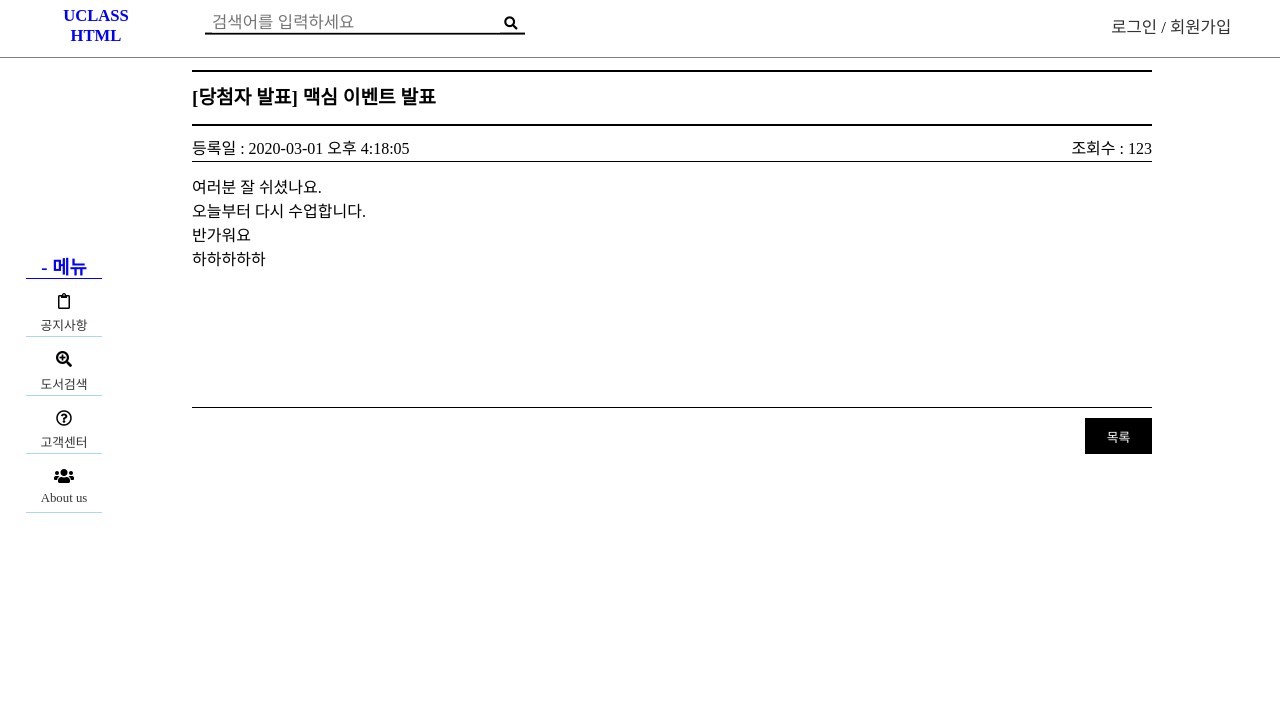
Repository: madhandz5/MyJavaPractice
Page: http://localhost/servletBM/WEB-INF/views/board/boardView.jsp
An editor plug-in stored every save of this project. The page is shown before and after a run of saves, followed by the edit.
The browser window is 1280 px wide. The pictures show the whole page.
The page is served by Tomcat 9. Nobody is signed in. Other server files are loaded and not shown. The template is opened directly, without the code that normally fills it, so the values that code supplies are empty.

Above is the page before, as saved 2020-04-22 12:44:56.

### JS_HTML/servletBM/WebContent/WEB-INF/views/board/boardView.jsp
<%@ page language="java" contentType="text/html; charset=UTF-8"
	pageEncoding="UTF-8"%>
<%@ taglib prefix="c" uri="http://java.sun.com/jsp/jstl/core"%>

<!DOCTYPE html>
<html>
<head>
<meta charset="UTF-8">
<link rel="stylesheet" href="resources/css/common.css" />
<link rel="stylesheet" href="resources/css/icon/all.css" />
<link rel="stylesheet" media="screen and (min-width: 1100px)"
	href="resources/css/Web.css" />
<title>Document</title>
<%@ include file="../include/header.jsp"%>
</head>
<body>
	<%@include file="../include/top.jsp"%>
	<%@include file="../include/floatDiv.jsp"%>
	<div class="content">
		<div class="notice">
			<h2>
				<span>*공지사항</span>
			</h2>
		</div>

		<div class="notice-detail">
			<div class="notice-title">
				<h4 class="reset">[당첨자 발표] 맥심 이벤트 발표</h4>
			</div>
			<div class="info">
				<span>등록일 : 2020-03-01 오후 4:18:05</span> <span class="more">
					조회수 : 123 </span>
			</div>
			<div class="text">
				여러분 잘 쉬셨나요.<br /> 오늘부터 다시 수업합니다.<br /> 반가워요 <br /> 하하하하하<br />
			</div>
			<div class="section-button">
				<a href="#!"><span>목록</span></a>
			</div>
		</div>
	</div>
</body>
</html>

### JS_HTML/servletBM/WebContent/WEB-INF/views/include/header.jsp
<%@ page language="java" contentType="text/html; charset=UTF-8"
	pageEncoding="UTF-8"%>
<%@ taglib prefix="c" uri="http://java.sun.com/jsp/jstl/core"%>

<!DOCTYPE html PUBLIC "-//W3C//DTD HTML 4.01 Transitional//EN" "http://www.w3.org/TR/html4/loose.dtd">
<html>
<head>
<meta charset="UTF-8">
<!--viewport: 모바일브라우저에서 사용하는 가상의 window
  	데스크탑의 사이트를 모바일에 표시하려고 하면 좁은 모바일 화면에 사이트를 표시하려다 보니
  	요소들의 크기가 작아져 사용자가 사용하기 불편해진다. 확대해서 보든가 해야함...
  	이때 viewport메타태그를 이용하면 너비나 배율을 조정할 수 있다.
  	width: 넓이
  	initial-scale : 배율
  	웹환경에서는 무시되는 태그이다.
    -->
<meta name="viewport" content="width=device-width, initial-scale=2.0">
<link rel="stylesheet" href="/servletBM/resources/css/common.css" />
<!--
		orientation:portrait //단말기 세로방향
		orientation:landscape //단말기 가로방향

		min-aspect-ratio : 최소 화면 비율
		max-aspect-ratio : 최대 화면 비율

		브라우저화면상에서는 깨져서 나옴 ㅠㅠ 하지마셈
	 -->
<link rel="stylesheet" media="screen and (min-aspect-ratio:4/3) "
	href="/servletBM/resources/css/web.css" />
<link rel="stylesheet" media="screen and (max-aspect-ratio:4/3)"
	href="/servletBM/resources/css/Mob.css" />
<link rel="stylesheet" href="/servletBM/resources/css/icon/all.css" />

### JS_HTML/servletBM/WebContent/WEB-INF/views/include/top.jsp
<%@ page language="java" contentType="text/html; charset=UTF-8"
	pageEncoding="UTF-8"%>
<%@ taglib prefix="c" uri="http://java.sun.com/jsp/jstl/core"%>

<!DOCTYPE html PUBLIC "-//W3C//DTD HTML 4.01 Transitional//EN" "http://www.w3.org/TR/html4/loose.dtd">
<html>
<head>
<meta http-equiv="Content-Type" content="text/html; charset=UTF-8">
<title>Insert title here</title>
</head>
<body>
	<header class="topWrapper">
	<div class="top">
		<div class="topLogo">
			<b>UCLASS <br>HTML
			</b>
		</div>

		<div class="topSearchBar">
			<form action="<%=request.getContextPath()%>/book/booksearch.do">
				<input Type="text" name="searchBook" placeholder="검색어를 입력하세요">
				<button value="" class="">
					<i class="fas fa-search" style="color: black"></i>
				</button>
			</form>
		</div>

		<c:if test="${sessionScope.loginInfo == null }">
			<div class="topLogin">
				<a href="/servletBM/member/login.do">로그인</a> / <a
					href="/servletBM/member/join.do">회원가입</a>
			</div>
		</c:if>
		<c:if test="${sessionScope.loginInfo != null }">
			<div class="topLogin">
				<a href="/servletBM/mypage/mypage.do">${sessionScope.loginInfo.m_id }님
					환영합니다. MyPage</a> / <a href="/servletBM/member/logoutimple.do">Logout</a>
			</div>
		</c:if>
	</div>
	</header>
</body>
</html>

### JS_HTML/servletBM/WebContent/WEB-INF/views/include/floatDiv.jsp
<%@ page language="java" contentType="text/html; charset=UTF-8"
	pageEncoding="UTF-8"%>
<%@ taglib prefix="c" uri="http://java.sun.com/jsp/jstl/core"%>

<!DOCTYPE html PUBLIC "-//W3C//DTD HTML 4.01 Transitional//EN" "http://www.w3.org/TR/html4/loose.dtd">
<html>
<head>
<meta http-equiv="Content-Type" content="text/html; charset=UTF-8">
<title>Insert title here</title>
</head>
<body>
	<aside class="floatdivWrapper">
	<div class="floatdiv">
		<!-- lnb -->
		<h3 class="subject">
			<span> - 메뉴</span>
		</h3>
		<ul class="fdlist">
			<!-- d1 -->
			<li class="d1"><i class="far fa-clipboard"></i> <a
				href="/servletBM/notice/noticelist.do"><span>공지사항</span></a></li>
			<li class="d1"><i class="fas fa-search-plus"></i> <a href="#!"><span>도서검색</span></a>
			</li>
			<li class="d1"><i class="far fa-question-circle"></i> <a
				href="#!"><span>고객센터</span></a></li>
			<li class="d1"><i class="fas fa-users"></i> <a href="#!"><span>About
						us</span></a></li>
		</ul>
		<!-- // d1 -->
	</div>
	</aside>

### JS_HTML/servletBM/WebContent/resources/css/common.css
	html,body{
		margin:0%;
		padding:0;
		height:100%;
	}

	h1, h2, h3, h4, h5, h6, dl, dt, dd, ul, li, ol, th, td, p, blockquote,form,fieldset, legend, input
	{
   		margin: 0;
    	padding: 0;
		border:none;
	}


	/* reset */
	body,div,dl,dt,dd,ul,ol,li,h1,h2,h3,h4,h5,h6,pre,code,form,fieldset
	,legend,textarea,p,blockquote,th,td,input,select,textarea,button,nav,section,footer,aside
	{margin:0;padding:0; position:relative;}
	fieldset,img {border:0 none}
	dl,ul,ol,menu,li {list-style:none}
	blockquote, q {quotes: none}
	blockquote:before, blockquote:after,q:before, q:after {content:'';content:none}
	input,select,textarea,button {vertical-align:middle}
	button {border:0 none;background-color:transparent;cursor:pointer; outline: 0; }
	a {color:#333;text-decoration:none;}
	a:active, a:hover {text-decoration:none;}
	address,caption,cite,code,dfn,em,var {font-style:normal;font-weight:normal}

	form{width:100%; height:100%;}

	div{
		color: black;
		text-align: center;
		box-sizing: border-box;
	/* 	box-shadow:
			1px 0 0 0 grey,
			0 1px 0 0 grey,
			1px 1px 0 0 grey,
			1px 0 0 0 grey inset,
			0 1px 0 0 grey inset;	  */
	}

	.topWrapper{
		top:0%;
		height:8%;
		width:100%;
		position:fixed;
		z-index:999;
	}

	.top{
		position:absolute;
		top:0%;
		width:100%;
		height: 100%;
		overflow: hidden;
		z-index:1;
		background-color: white;
		font-size:1.3vw;
		margin-right: 1%;
		border-bottom:1px solid grey;
	}

	.top .topLogo{
		top:10%;
		width: 15%;
		height:100%;
		float:left;
		color:blue;
	}

	.top .topSearchBar{
		width: 25%;
		float:left;
		transform: translateY(50%);
		margin-left:1%;
		border-bottom:2px solid;
		min-width:100px;
	}

	.topSearchBar input[type=text]{
		width: 90%;
		height:90%;
		font-size:1.3vw;
	}

	.top .topLogin{
		float: right;
		width: 15%;
		height:50%;
		margin-right:1%;
		transform: translateY(50%);
	}

	.top .topLogOut{
		float: right;
		width: 22%;
		height:50%;
		margin-right:1%;
		transform: translateY(50%);
	}

### JS_HTML/servletBM/WebContent/resources/css/web.css
	.content{
		height:100%;
		width:100%;
	}

	.floatdivWrapper{
		position:fixed;
		width:6%;
		padding-top:20%;
		left:2%; /* 창에서 오른쪽 길이 */
		top:35%; /* 창에서 위에서 부터의 길이 */
		z-index:999;

	}

	.floatdiv{
		position:absolute;
		width:100%;
		height:100%;
		background-color:white;
		top:0%;
	}

	.floatdiv h3{
		width:100%;
		height:10%;
		color:blue;
		border-bottom:1px solid blue;
	}

	.floatdiv ul{
		width:100%;
		height:90%;
		padding:0%;
	}

	.floatdiv .d1{
		width:100%;
		height:25%;
		border-bottom:1px solid lightblue;
	}

	.d1 i{
		display:block;
		transform:translateY(40%);
		height:60%;
	}

	.d1 a{
		display:block;
		transform:translateY(10%);
		height:30%;
		font-size:1vw;

	}

	.floatdiv li:hover {
		background-color:lightblue;
	}

	.middle{
		width : 100%;
		top:8%;
		padding-top:40%;
		background-image : url('../image/mainBanner.jpg');
		background-repeat: no-repeat;
		background-size: cover;
	}

	.siteTitleWrapper{
		position:absolute;
		width:60%;
		padding-top:25%;
		float:left;
		left: 20%;
		top:20%;
	}

	.sitetitle{
		height:30%;
		font-size : 5vw;
		transform: translateY(100%);
	}

	.siteTitle{
		position:absolute;
		width:100%;
		height:100%;
		background-color: rgba( 255, 255, 255, 0.5);
		float:left;
		top:0%;
	}

	.search{
		width:100%;
		height:12%;
		transform: translateY(300%);
		background-color:white ;
		overflow:hidden;
	}

	.search input[type=text]{
		float:left;
		height:100%;
		width: 70%;
		font-size:1.5vw;
		margin-left:1%;
		padding:0;

	}

	.searchButton{
		float:left;
		width:20%;
		height:100%;
		font-size:1.5vw;
		background-color:red;
		color:white;
	}

	.searchButton p{
		height:50%;
		transform: translateY(50%);
		font-weight: bold;
	}

	.searchIcon{
		float:left;
		width:5%;
		height:50%;
		transform: translateY(40%);
		font-size:2vw;
		outline: 0;
	}

	.searchIcon i{
		height:50%;
	}

	.planShop{
		position:realtive;
		color: white;
		width: 80%;
		padding-bottom:15%;
		margin:0 auto;
	}

	.planShopMenu{
		position:absolute;
		background-color:lightblue;
		width:100%;
		height:100%;
	}

	.planShopMenu div{
		width: 20%;
		margin-left:2%;
		height: 100%;
		display:inline-block;
		font-size:1.5vw;
	}

	.planShopMenu i{
		font-size:8vw;
		margin-top:15%;
	}

	.product{
		height:auto;
		width:80%;
		top:1%;
		margin:0 auto;
	}

	.productWrapper{
		width:100%;
		padding-top:120%;
	}

	.productBox{
		position:absolute;
		height:100%;
		width:100%;
		top: 0;
		left: 0;
	}

	.issueTitle{
		width : 100%;
		height : 4%;
		background-color:blue;
		font-size:2vw;
		font-weight:bold;
		color:white;
	}

	.productLine{
		overflow: hidden;
		height:19%;
		margin-top:1%;
		margin-bottom:1%;
	}
	.productItem{
		float:left;
		width:17%;
		left:10%;
		height:100%;
		margin-left:3%;
	}

	.bookImg{
		height:80%;
		width:100%;
	}

	.bookImg img{
		max-width:100%;
		min-width:100%;
		max-height:100%;
		min-height:100%;
		box-shadow: 2px 2px 5px black;
	}

	.bookTitle{
		margin-top:4%;
		font-size:1vw;
		font-weight:bold;
		height:20%;
	}

	.bottom{
		background-color: lightgrey;
		color: white;
		height:20%;
	}


	/* Login */

	.wrap{

		width:100%;
		height:100%;
		background-image:url('../image/loginCover.jpg');
		background-size:cover;
	}

	.memberBox{

		padding-top:30%;
		width:30%;
		left:35%;
		top:50%;
		transform:translateY(-50%);
	}

	.login{
		position:absolute;
		top:0%;
		width:100%;
		height:100%;
		font-size:2vw;
		background-color:white;
		border:2px white;
		border-radius:20px;
	}

	.loginText{
	    border-bottom: 2px solid lightgreen;
	    width:70%;
	    margin-bottom:5%;
	    font-size:1.5vw;
	}

	.login p{
		font-weight:bold;
		margin-top:10%;
		margin-bottom:5%;

	}

	.login .btn{

		display:block;
		width:60%;
		height:10%;
		background-color:red;
		border:2px red;
		border-radius:6px;
		transform: translateX(33%);
	}

	.login .checkMsg{

		display:block;
		background-color:red;
		font-size:1vw;
		color:white;

	}

	.login button{
		color:white;
		font-size:1.5vw;
		top:0%;
		left:0%;
	}

	/* board  */

	.Menu{

		overflow: hidden;
		color: white;
		width: 100%;
		padding-bottom:10%;
		margin-top:4%;
	}

	.MenuBox{
		position:absolute;
		background-color:lightblue;
		width:80%;
		height:100%;
		left:12.5%;
	}

	.notice{

		text-align: left;
		width:75%;
		height:10%;
		left:15%;
		border-bottom:2px solid;
	}

	.notice h2{

		top:50%;
		transform:translateY(-50%);
		height:40%;
	}

	.search-box{

		width:75%;
		left:15%;
		height:60%;
	}

	.noticelist{
		width:100%;
		height:90%;
	}

	.noticelist th{
		 font-size: 1.5vw;
		 background-color: grey;
		 color:white;
	}

	.noticelist td{
		  border-bottom: 1px solid lightgrey;
	}

	.paging{
		height:10%;
		font-size:1.5vw;
	}

	.notice-detail{

		text-align: left;
		width:75%;
		height:50%;
		left:15%;
	}

	.notice-title{
		width:100%;
		height:15%;

		text-align: left;
		font-size:1.5vw;
		padding:1% 0 1% 0;
		border-bottom:2px solid;
	}

	.info{
		width:100%;
		height:10%;

		float:left;
		text-align: left;
		border-bottom:1px solid;
	}

	.info span{
		width:50%;
		height:50%;

		float:left;
		transform:translateY(50%);
	}

	.more{
		width:50%;
		height:10%;

		float:right;
		text-align: right;
	}

	.text{
		text-align: left;
		height:65%;
		width:100%;
		margin-top:5%;
		border-bottom:1px solid;
	}

	.section-button{
		margin-top:1%;
		width:7%;
		height:10%;
		float:right;
		background-color:black;
	}

	.section-button a{
		display:block;
		width:100%;
		height:50%;
		transform:translateY(50%);
		font-size:1vw;
		font-weight:border;
		color:white;
	}

	.bookUse{
		overflow:hidden;
		width:90%;
		left:3%;
		transform:translateY(-600%);
		position:absolute;
		display:none;
	}

	.bookUse div{
		float:left;
		width:50%;
	}

	.bookUse div a{
		font-size:1.5vw;
		color:white;
	    font-weight: bolder;
	    background-color:black;
	}

	.bdWrapper{
		overflow:hidden;
		width:70%;
		left:30%;
	}


	.bookimg{
		float:left;
		width:30%;
	}

	.bookinfo{
		float:left;
		width:70%;
	}

### JS_HTML/servletBM/WebContent/resources/css/Mob.css
	.content{
		height:100%;
		width:100%;
	}

	.floatdiv{
		position:fixed;
		display:none;
		width:6%;
		height:40%;
		left:2%; /* 창에서 오른쪽 길이 */
		top:45%; /* 창에서 위에서 부터의 길이 */
		background-color:green;
	}

	.middle{
		background-color: lightgrey;
		color: white;
		width : 100%;
		padding-top:40%;
		background-image : url('../image/loginCover.jpg');
		background-repeat: no-repeat;
		background-size: cover;
	}

	.siteTitleWrapper{
		position:absolute;
		width:60%;
		padding-top:25%;
		float:left;
		left: 20%;
		top:20%;
	}


	.sitetitle{
		height:30%;
		font-size : 5vw;
		transform: translateY(100%);
	}

	.siteTitle{
		position:absolute;
		width:100%;
		height:100%;
		background-color: rgba( 255, 255, 255, 0.5);
		float:left;
		top:0%;
	}

	.search{
		width:100%;
		height:12%;
		transform: translateY(300%);
		background-color:white ;
		border-bottom:2px solid;

	}

	.search input[type=text]{
		height:100%;
		width: 70%;
		font-size:1.5vw;
		margin-left:1%;
		padding:0;
		float:left;
	}

	.searchButton{
		width:20%;
		height:100%;
		font-size:1.5vw;
		background-color:red;
		color:white;
		float:left;
		overflow:hidden;
	}

	.searchButton p{
		height:50%;
		transform: translateY(50%);
		font-weight: bold;
	}

	.searchIcon{
		float:left;
		width:5%;
		height:50%;
		transform: translateY(40%);
		font-size:2vw;
		outline: 0;
	}

	.searchIcon i{
		height:50%;
	}

	.planShop{
		overflow: hidden;
		color: white;
		width: 80%;
		padding-bottom:15%;
		margin:0 auto;
		transform: translateY(-20%);
	}

	.planShopMenu{
		position:absolute;
		background-color:lightblue;
		width:100%;
		height:100%;
	}

	.planShopMenu div{
		width: 20%;
		margin-left:2%;
		height: 100%;
		display:inline-block;
		overflow:hidden;
		font-size:1.5vw;
	}

	.planShopMenu i{
		font-size:8vw;
		margin-top:15%;
	}


	.product{
		height:auto;
		width:80%;
		margin:0 auto;
	}

	.productWrapper{
		width:100%;
		padding-top:430%;
	}

	.productBox{
		position:absolute;
		height:100%;
		width:100%;
		top: 0;
		left: 0;
	}

	.issueTitle{
		width : 100%;
		margin-top:1%;
		height : 1%;
		background-color:blue;
		font-size:2vw;
		font-weight:bold;
		color:white;
	}

	.productLine{
		overflow: hidden;
		height:23%;
		margin-top:1%;
		margin-bottom:1%;
	}

	.productItem{
		float:left;
		width:38%;
		left:9%;
		height:50%;
		margin-left:2%;
	}

	.bookImg{
		height:80%;
		width:100%;
	}

	.bookImg img{
		max-width:100%;
		min-width:100%;
		max-height:100%;
		min-height:100%;
		box-shadow: 2px 2px 5px black;
	}

	.bookTitle{
		margin-top:4%;
		font-size:1vw;
		font-weight:bold;
		height:20%;
	}

	.bottom{
		background-color: lightgrey;
		color: white;
		height:20%;
	}

	.bookUse{
		overflow:hidden;
		width:90%;
		left:3%;
		transform:translateY(-600%);
		position:absolute;
		display:none;
	}

	.bookUse div{
		float:left;
		width:50%;
	}

	.bookUse div a{
		font-size:1.5vw;
		color:white;
	    font-weight: bolder;
	    background-color:black;
	}

	.bdWrapper{
		overflow:hidden;
		width:70%;
		left:30%;
	}


	.bookimg{
		float:left;
		width:30%;
	}

	.bookinfo{
		float:left;
		width:70%;
	}

Loaded but not shown: JS_HTML/servletBM/WebContent/resources/css/icon/all.css (library)

After the next 2 saves:
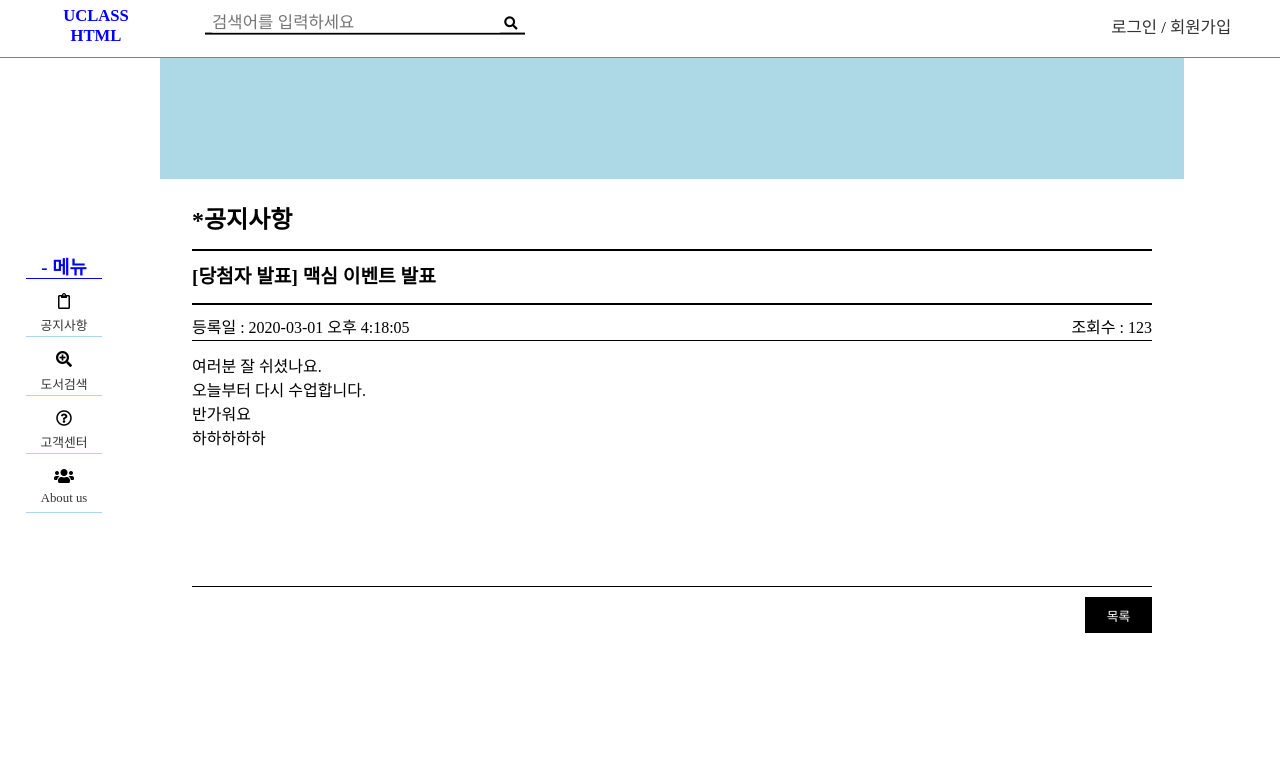
The 2 saves are shown as one change because they came seconds apart.
The last was saved 58 s later.
--- a/JS_HTML/servletBM/WebContent/WEB-INF/views/board/boardView.jsp
+++ b/JS_HTML/servletBM/WebContent/WEB-INF/views/board/boardView.jsp
@@ -17,6 +17,9 @@
 	<%@include file="../include/top.jsp"%>
 	<%@include file="../include/floatDiv.jsp"%>
 	<div class="content">
+		<div class="Menu">
+			<div class="MenuBox"></div>
+		</div>
 		<div class="notice">
 			<h2>
 				<span>*공지사항</span>
